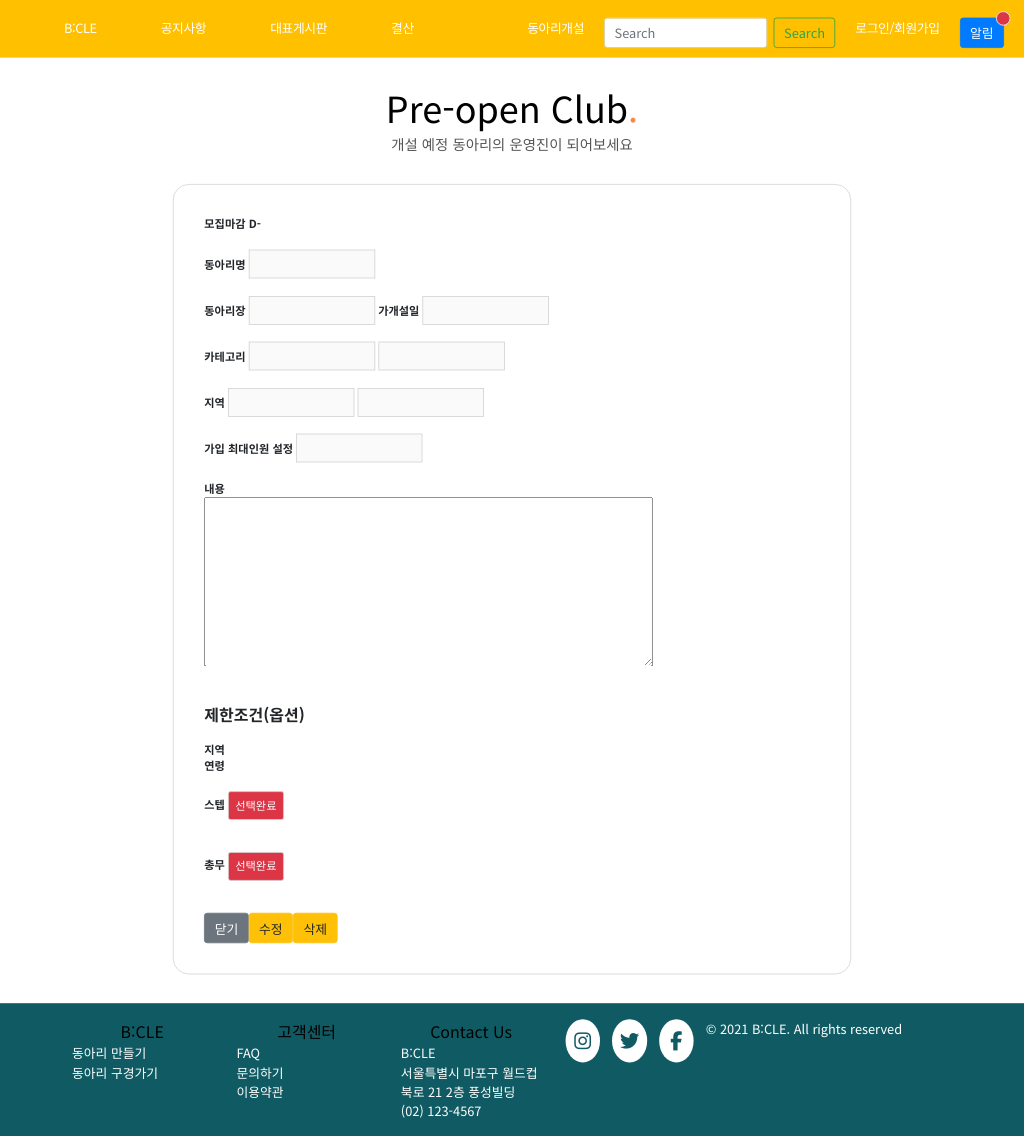
Repository: CHAEYUN7074/SpringProject
Page: http://localhost/viewpages/WEB-INF/view/ClubBeforeOpenedContents.jsp
An editor plug-in stored every save of this project. The page is shown before and after the next save, followed by the edit.
The browser window is 1280 px wide. The pictures show the whole page, at 80% of full size.
Some web fonts or font styles are not loaded; a fallback is used. Some web libraries are served in a nearby version. The page is served by Tomcat 9. Nobody is signed in. The template is opened directly, without the code that normally fills it, so the values that code supplies are empty.

Above is the page before, as saved 2021-12-27 14:16:33.

After the next save:
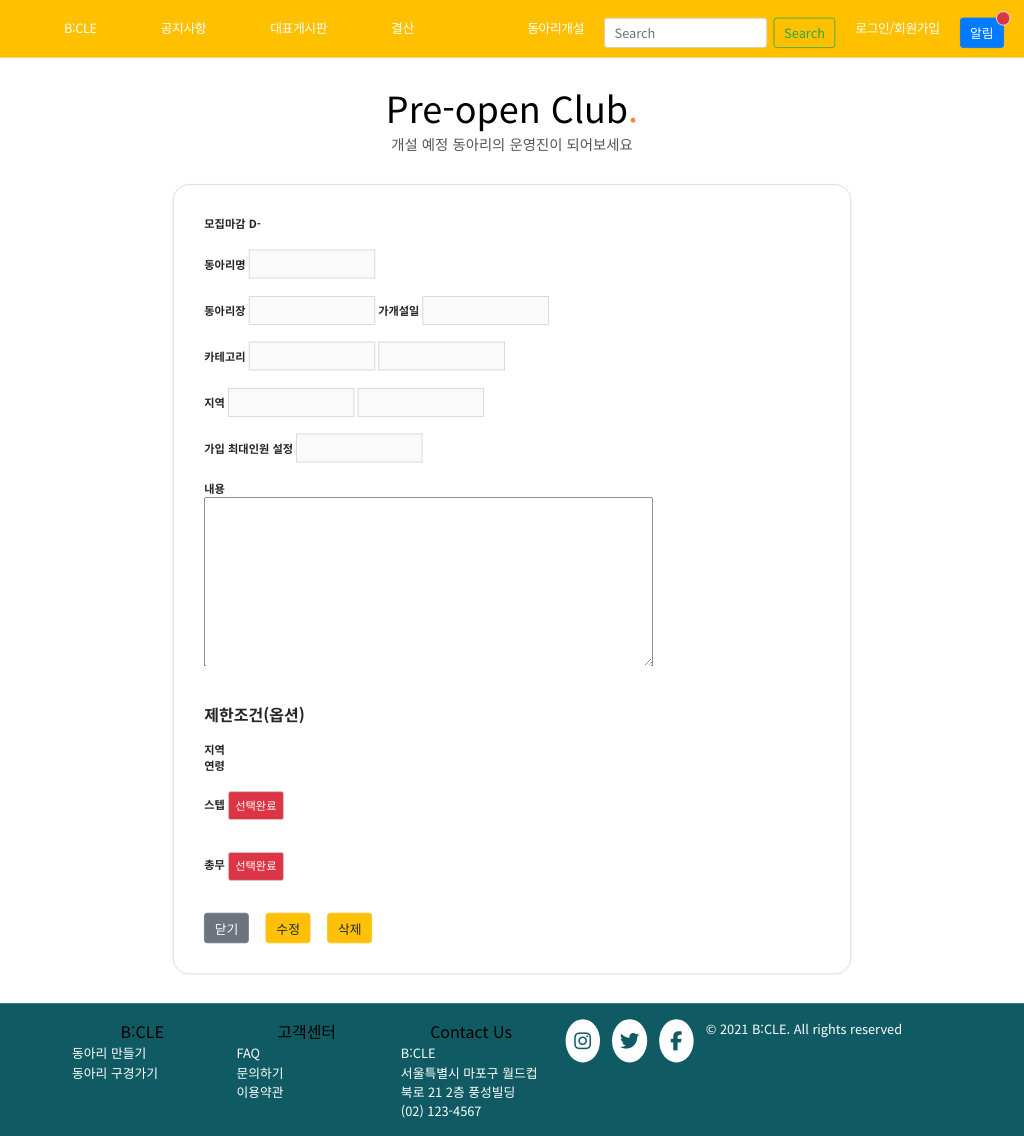
Saved 51 s later.
--- a/viewpages/WebContent/WEB-INF/view/ClubBeforeOpenedContents.jsp
+++ b/viewpages/WebContent/WEB-INF/view/ClubBeforeOpenedContents.jsp
@@ -56,7 +56,7 @@ String cp = request.getContextPath();
 #contents input {  border : 1px solid lightgray;    height : 5vh; margin-right : 0vh; height : 5vh}
 #contents p {margin-bottom : 3vh;}
 .button_set {display : flex;}
-.button_set .* {margin-right : 3vh;}
+.button_set button {margin-right : 3vh;}
 
 
 </style>
